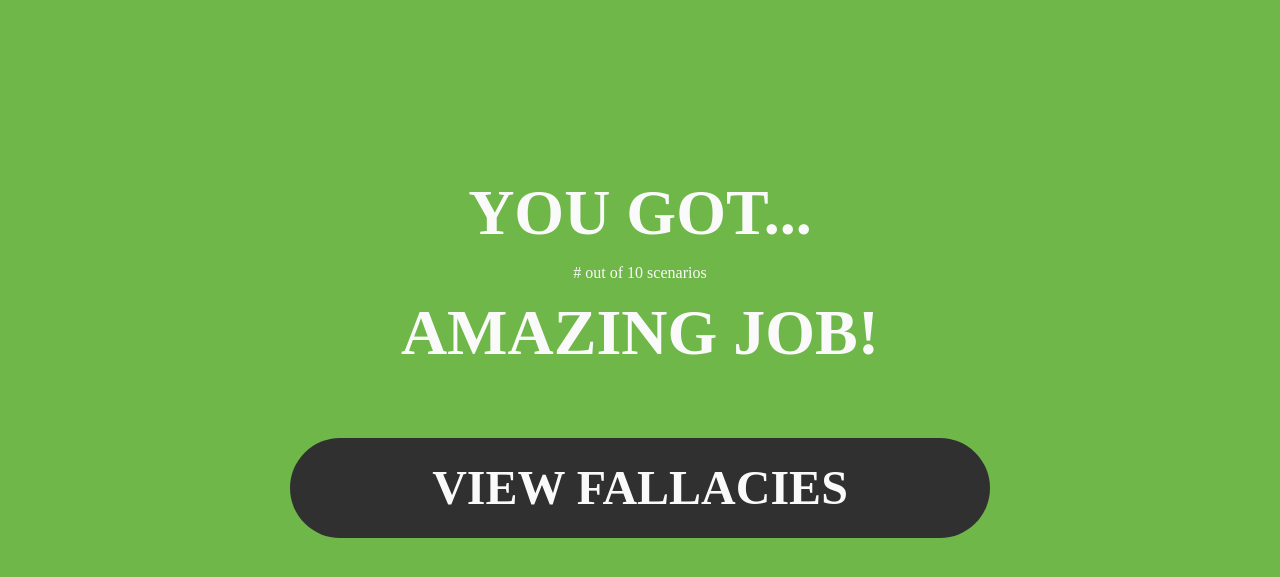
Repository: cindyvunguyen/fallacy
Page: index.html
These files come from the project's save history. The page is drawn as it stood at one moment and after a run of saves; the edit follows.
The browser window is 1280 px wide. The pictures show the whole page.
Some web fonts or font styles are not loaded; a fallback is used.

Above is the page before, as saved 2020-03-12 17:08:59.

After the next 2 saves:
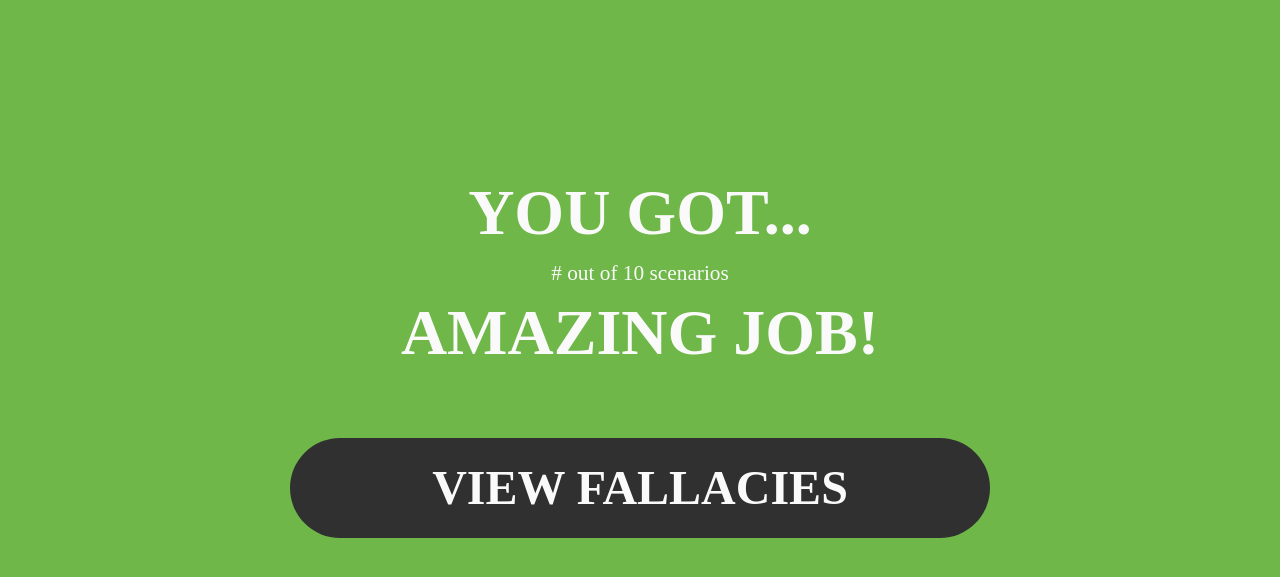
The 2 saves are shown as one change because they came seconds apart.
The last was saved 36 s later.
--- a/style.css
+++ b/style.css
@@ -199,6 +199,11 @@ body {
     font-size: 48pt;
     font-weight: bold;
 }
+
+#rp-results {
+    font-size: 16pt;
+}
+
 /* SOPHIA END */
 
 /* CHLOE START */
